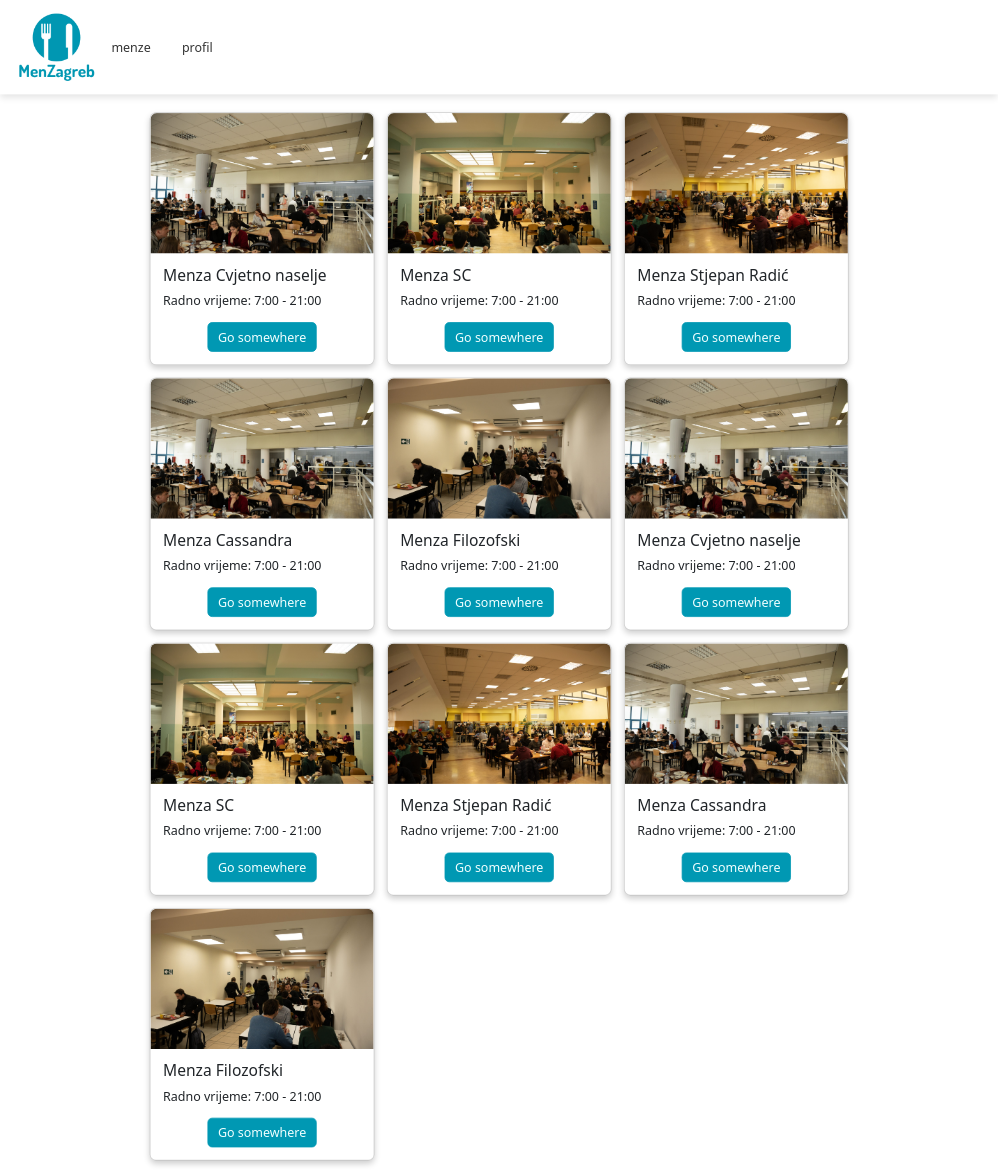
Repository: MENZG/menZg
Page: /menze (app in IzvorniKod/)
The author's editor kept a copy of each file at every save. The page is drawn from the files as they stood at one save, then again after the next save.
The browser window is 1280 px wide. The pictures show the whole page, at 78% of full size.
The project was rebuilt for these pictures with package versions that can differ from the ones it lists, and the page was loaded fresh each time. Also part of the build but not shown: IzvorniKod/vite.config.ts, IzvorniKod/src/Components/LoginForm.tsx, IzvorniKod/src/Components/AdminLogin.tsx, IzvorniKod/src/Components/EmployeeLogin.tsx, IzvorniKod/src/Components/Profil.tsx, IzvorniKod/src/Components/NavBarAdmin.tsx, IzvorniKod/src/Components/AddMenza.tsx, IzvorniKod/src/Components/AddEmployee.tsx and 5 more.

Above is the page before, as saved 2024-11-07 13:41:23.

### IzvorniKod/index.html
<!DOCTYPE html>
<html lang="en">
  <head>
    <meta charset="UTF-8" />
    <meta name="viewport" content="width=device-width, initial-scale=1.0" />
    <link rel="preconnect" href="https://fonts.googleapis.com">
    <link rel="preconnect" href="https://fonts.gstatic.com" crossorigin>
    <link href="https://fonts.googleapis.com/css2?family=Poiret+One&display=swap" rel="stylesheet">
    <title>MenZG</title>
  </head>
  <body>
    <div id="root"></div>
    <script type="module" src="/src/main.tsx"></script>
  </body>
</html>

### IzvorniKod/src/App.tsx
import {
  BrowserRouter as Router,
  Routes,
  Route,
  Navigate,
} from "react-router-dom";

import LoginForm from "./Components/LoginForm.tsx";
import AdminLogin from "./Components/AdminLogin.tsx";
import "bootstrap/dist/css/bootstrap.min.css";
import EmployeeLogin from "./Components/EmployeeLogin.tsx";
import ListaMenza from "./Components/ListaMenza.tsx";
import Profil from "./Components/Profil.tsx";
import AddMenza from "./Components/AddMenza.tsx";
import AddEmployee from "./Components/AddEmployee.tsx";
import AddWorkingHours from "./Components/AddWorkingHours.tsx";
import AddMeals from "./Components/AddMeals.tsx";
import ListaMenzaAdmin from "./Components/ListaMenzaAdmin.tsx";
import ListaMenzaEmployee from "./Components/ListaMenzaEmployee.tsx";

function App() {
  return (
    <Router>
      <Routes>
        <Route path="/" element={<Navigate to="/login/student" />} />
        <Route path="/login" element={<Navigate to="/login/student" />} />
        <Route path="/login/student" element={<LoginForm />} />
        <Route path="/login/admin" element={<AdminLogin />} />
        <Route path="/login/employee" element={<EmployeeLogin />} />
        <Route path="/menze" element={<ListaMenza />} />
        <Route path="/profil" element={<Profil />} />
        <Route path="/admin/menze" element={<ListaMenzaAdmin />} />
        <Route path="/admin/dodajMenzu" element={<AddMenza />} />
        <Route path="/admin/dodajDjelatnika" element={<AddEmployee />} />
        <Route path="/djelatnik/menze" element={<ListaMenzaEmployee />} />
        <Route path="/djelatnik/dodajJelovnik" element={<AddMeals />} />
        <Route
          path="/djelatnik/dodajRadnoVrijeme"
          element={<AddWorkingHours />}
        />
      </Routes>
    </Router>
  );
}

export default App;

### IzvorniKod/src/Components/ListaMenza.tsx
import NavBar from "./NavBar";
import "/src/styles/ListaMenza.css";

const ListaMenza = () => {
  return (
    <>
      <NavBar />
      <div className="card-container">
        <div className="card" style={{ width: "18rem" }}>
          <img
            src="/src/public/cvjetno.jpg"
            className="card-img-top"
            alt="Card top image"
          />
          <div className="card-body">
            <h5 className="card-title">Menza Cvjetno naselje</h5>
            <p className="card-text">Radno vrijeme: 7:00 - 21:00</p>
            <div className="button-container">
              <a href="#" className="btn btn-primary">
                Go somewhere
              </a>
            </div>
          </div>
        </div>
        <div className="card" style={{ width: "18rem" }}>
          <img
            src="/src/public/sc.jpg"
            className="card-img-top"
            alt="Card top image"
          />
          {/*<button className="fav-btn">*</button>*/}
          <div className="card-body">
            <h5 className="card-title">Menza SC</h5>
            <p className="card-text">Radno vrijeme: 7:00 - 21:00</p>

            <div className="button-container">
              <a href="#" className="btn btn-primary">
                Go somewhere
              </a>
            </div>
          </div>
        </div>
        <div className="card" style={{ width: "18rem" }}>
          <img
            src="/src/public/radic.jpg"
            className="card-img-top"
            alt="Card top image"
          />
          <div className="card-body">
            <h5 className="card-title">Menza Stjepan Radić</h5>
            <p className="card-text">Radno vrijeme: 7:00 - 21:00</p>

            <div className="button-container">
              <a href="#" className="btn btn-primary">
                Go somewhere
              </a>
            </div>
          </div>
        </div>
        <div className="card" style={{ width: "18rem" }}>
          <img
            src="/src/public/cvjetno.jpg"
            className="card-img-top"
            alt="Card top image"
          />
          <div className="card-body">
            <h5 className="card-title">Menza Cassandra</h5>
            <p className="card-text">Radno vrijeme: 7:00 - 21:00</p>

            <div className="button-container">
              <a href="#" className="btn btn-primary">
                Go somewhere
              </a>
            </div>
          </div>
        </div>
        <div className="card" style={{ width: "18rem" }}>
          <img
            src="/src/public/filozofski.jpg"
            className="card-img-top"
            alt="Card top image"
          />
          <div className="card-body">
            <h5 className="card-title">Menza Filozofski</h5>
            <p className="card-text">Radno vrijeme: 7:00 - 21:00</p>

            <div className="button-container">
              <a href="#" className="btn btn-primary">
                Go somewhere
              </a>
            </div>
          </div>
        </div>
        <div className="card" style={{ width: "18rem" }}>
          <img
            src="/src/public/cvjetno.jpg"
            className="card-img-top"
            alt="Card top image"
          />
          <div className="card-body">
            <h5 className="card-title">Menza Cvjetno naselje</h5>
            <p className="card-text">Radno vrijeme: 7:00 - 21:00</p>
            <div className="button-container">
              <a href="#" className="btn btn-primary">
                Go somewhere
              </a>
            </div>
          </div>
        </div>
        <div className="card" style={{ width: "18rem" }}>
          <img
            src="/src/public/sc.jpg"
            className="card-img-top"
            alt="Card top image"
          />
          {/*<button className="fav-btn">*</button>*/}
          <div className="card-body">
            <h5 className="card-title">Menza SC</h5>
            <p className="card-text">Radno vrijeme: 7:00 - 21:00</p>

            <div className="button-container">
              <a href="#" className="btn btn-primary">
                Go somewhere
              </a>
            </div>
          </div>
        </div>
        <div className="card" style={{ width: "18rem" }}>
          <img
            src="/src/public/radic.jpg"
            className="card-img-top"
            alt="Card top image"
          />
          <div className="card-body">
            <h5 className="card-title">Menza Stjepan Radić</h5>
            <p className="card-text">Radno vrijeme: 7:00 - 21:00</p>

            <div className="button-container">
              <a href="#" className="btn btn-primary">
                Go somewhere
              </a>
            </div>
          </div>
        </div>
        <div className="card" style={{ width: "18rem" }}>
          <img
            src="/src/public/cvjetno.jpg"
            className="card-img-top"
            alt="Card top image"
          />
          <div className="card-body">
            <h5 className="card-title">Menza Cassandra</h5>
            <p className="card-text">Radno vrijeme: 7:00 - 21:00</p>

            <div className="button-container">
              <a href="#" className="btn btn-primary">
                Go somewhere
              </a>
            </div>
          </div>
        </div>
        <div className="card" style={{ width: "18rem" }}>
          <img
            src="/src/public/filozofski.jpg"
            className="card-img-top"
            alt="Card top image"
          />
          <div className="card-body">
            <h5 className="card-title">Menza Filozofski</h5>
            <p className="card-text">Radno vrijeme: 7:00 - 21:00</p>

            <div className="button-container">
              <a href="#" className="btn btn-primary">
                Go somewhere
              </a>
            </div>
          </div>
        </div>
      </div>
    </>
  );
};

export default ListaMenza;

### IzvorniKod/src/Components/NavBar.tsx
import "/src/styles/NavBar.css";
import { useNavigate } from "react-router-dom";
import { Button } from "react-bootstrap";

const NavBar = () => {
  const navigate = useNavigate();

  const handleOnClickMenze = () => {
    navigate("/menze");
  };

  const handleOnClickProfil = () => {
    navigate("/profil");
  };
  return (
    <nav className="navbar navbar-expand-lg bg-body-tertiary navbar-bg">
      <div className="container-fluid">
        <img
          src="/src/public/MenZagreb.png"
          alt="logo slika"
          className="logo-img"
        ></img>
        <div className="nav-btn-container">
          <ul className="navbar-nav me-auto mb-2 mb-lg-0">
            <li className="nav-item">
              <Button className="nav-btn" onClick={handleOnClickMenze}>
                menze
              </Button>
            </li>
            <li className="nav-item">
              <Button className="nav-btn" onClick={handleOnClickProfil}>
                profil
              </Button>
            </li>
          </ul>
        </div>
      </div>
    </nav>
  );
};

export default NavBar;

### IzvorniKod/src/styles/ListaMenza.css
/*.card-container {
    display: grid;
    grid-template-columns: repeat(auto-fill, minmax(18rem, 1fr));
    gap: 1rem;
    padding: 1rem;
    justify-items: center;
    align-items: start;
    padding-top: 20vh;
  }*/

  .card-container {
    display: grid;
    grid-template-columns: repeat(3, 1fr); /* Maksimalno 3 stupca */
    gap: 1rem;
    padding: 1rem;
    justify-items: center;
    justify-content: center;
    align-items: start;
    padding-top: 20vh;
    max-width: 75vw; /* Održite ovu širinu za udaljenost od rubova */
    margin-left: auto; /* Centriranje pomoću automatskih margina */
    margin-right: auto;
  }

  /* Smanji na 2 stupca za srednje ekrane */
  @media (max-width: 768px) {
    .card-container {
      grid-template-columns: repeat(2, 1fr);
    }
  }

  /* Smanji na 1 stupac za male ekrane (mobitele) */
  @media (max-width: 480px) {
    .card-container {
      grid-template-columns: 1fr;
    }
  }

  .card {
    box-shadow: 0px 4px 8px rgba(0, 0, 0, 0.2);
    border-radius: 8px;
    transition: transform 0.3s ease;
  }

  .card:hover {
    transform: scale(1.05);
  }

  .card img {
    border-top-left-radius: 8px;
    border-top-right-radius: 8px;
    object-fit: cover;
    height: 25vh;
  }

  .btn-primary{
    background-color: #0098b3;
    color: azure;
    border-color: #0098b3;
  }

  .btn-primary:hover{
    background-color: #00758a;
    border-color: #00758a;
  }

  .button-container {
    text-align: center;
  }

### IzvorniKod/src/styles/AddMenza.css
.dodaj-menzu-container{
    display: flex;
    flex-direction: column;
    align-items: center; /* Centers the children horizontally */
    justify-content: center; /* Centers the children vertically, if needed */
    text-align: center;
    padding-top: 15vh;
}

.h2{
    color: rgb(81, 81, 81);
    margin-bottom: 40px;
}
.h4{
    color: rgb(81, 81, 81);
}

body {
    display: flex;
    justify-content: center; /* Centers horizontally */
    align-items: center; /* Centers vertically */
    min-height: 100vh; /* Ensures the body takes the full height of the viewport */
    margin: 0; /* Removes default margin */
  }

.select-container{
    display: flex;
    flex-direction: row;
    margin: 20px;
}

### IzvorniKod/src/styles/AddEmployee.css
.dodaj-djelatnika-container{
    display: flex;
    flex-direction: column;
    align-items: center; /* Centers the children horizontally */
    justify-content: center; /* Centers the children vertically, if needed */
    text-align: center;
    padding-top: 15vh;
}

.h2{
    color: rgb(81, 81, 81);
    margin-bottom: 40px;
}

body {
    display: flex;
    justify-content: center; /* Centers horizontally */
    align-items: center; /* Centers vertically */
    min-height: 100vh; /* Ensures the body takes the full height of the viewport */
    margin: 0; /* Removes default margin */
  }

### IzvorniKod/src/styles/NavBar.css
.logo-img {
    height: 14vh;
    margin: 0;
}

.nav-item .nav-btn {
    background: none; /* Ukloni pozadinu */
    border: none; /* Ukloni okvir */
    color: #333; /* Postavi osnovnu boju teksta */
    font-weight: normal; /* Postavi običan tekst bez boldovanja */
    cursor: pointer; /* Prikaz kursora kao pointer */
    padding: 0; /* Ukloni padding */
    text-decoration: none; /* Ukloni podvlačenje teksta */
    margin: 0 20px; /* Dodaj horizontalni razmak između dugmadi */
}

.nav-item .nav-btn:hover {
    color: #0098b3; /* Promeni boju teksta na hover */
    background: none;
}

.nav-btn-container {
    display: flex;
    justify-content: center;
    flex-direction: row;
    gap: 20px; /* Razmak između dugmadi */
    width: 100%; /* Proširi na celu širinu navigacije */
    align-items: center; /* Vertikalno centriraj dugmad */
}
.navbar-bg {
    background-color: white !important; /* Prisiljava belu pozadinu */
}
.navbar {
    position: fixed;
    top: 0;
    left: 0;
    width: 100%;
    z-index: 1000; /* Ensures the navbar stays on top of other elements */
    background-color: white; /* Ensures the navbar background stays visible */
    box-shadow: 0 4px 8px rgba(0, 0, 0, 0.1); /* Adds shadow */
    padding: 10px 10px;
}
.container-fluid{
    margin: 0;
}

Loaded but not shown: IzvorniKod/src/main.tsx (common file)

After the next save:
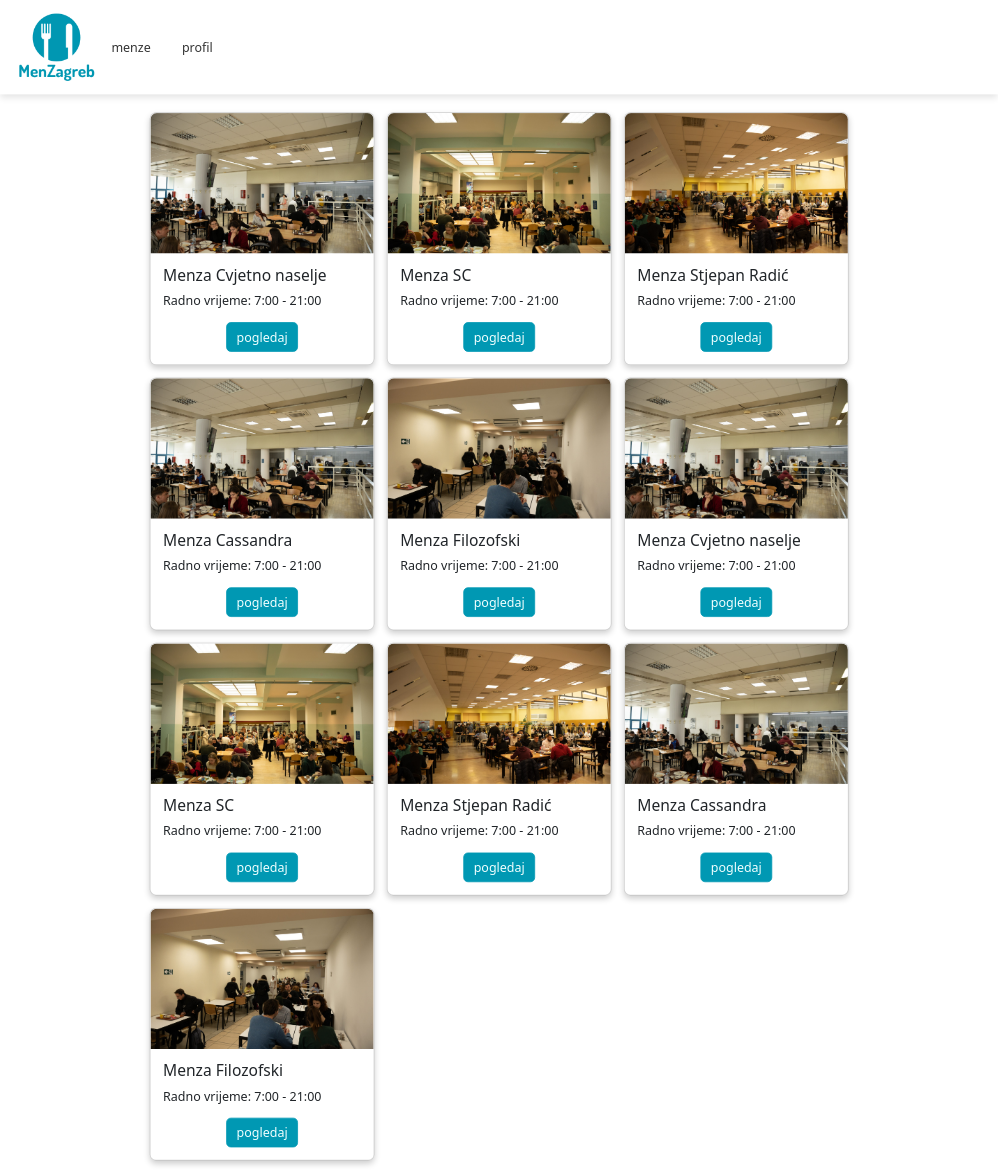
Saved 100 s later.
--- a/IzvorniKod/src/Components/ListaMenza.tsx
+++ b/IzvorniKod/src/Components/ListaMenza.tsx
@@ -17,7 +17,7 @@ const ListaMenza = () => {
             <p className="card-text">Radno vrijeme: 7:00 - 21:00</p>
             <div className="button-container">
               <a href="#" className="btn btn-primary">
-                Go somewhere
+                pogledaj
               </a>
             </div>
           </div>
@@ -35,7 +35,7 @@ const ListaMenza = () => {
 
             <div className="button-container">
               <a href="#" className="btn btn-primary">
-                Go somewhere
+                pogledaj
               </a>
             </div>
           </div>
@@ -52,7 +52,7 @@ const ListaMenza = () => {
 
             <div className="button-container">
               <a href="#" className="btn btn-primary">
-                Go somewhere
+                pogledaj
               </a>
             </div>
           </div>
@@ -69,7 +69,7 @@ const ListaMenza = () => {
 
             <div className="button-container">
               <a href="#" className="btn btn-primary">
-                Go somewhere
+                pogledaj
               </a>
             </div>
           </div>
@@ -86,7 +86,7 @@ const ListaMenza = () => {
 
             <div className="button-container">
               <a href="#" className="btn btn-primary">
-                Go somewhere
+                pogledaj
               </a>
             </div>
           </div>
@@ -102,7 +102,7 @@ const ListaMenza = () => {
             <p className="card-text">Radno vrijeme: 7:00 - 21:00</p>
             <div className="button-container">
               <a href="#" className="btn btn-primary">
-                Go somewhere
+                pogledaj
               </a>
             </div>
           </div>
@@ -120,7 +120,7 @@ const ListaMenza = () => {
 
             <div className="button-container">
               <a href="#" className="btn btn-primary">
-                Go somewhere
+                pogledaj
               </a>
             </div>
           </div>
@@ -137,7 +137,7 @@ const ListaMenza = () => {
 
             <div className="button-container">
               <a href="#" className="btn btn-primary">
-                Go somewhere
+                pogledaj
               </a>
             </div>
           </div>
@@ -154,7 +154,7 @@ const ListaMenza = () => {
 
             <div className="button-container">
               <a href="#" className="btn btn-primary">
-                Go somewhere
+                pogledaj
               </a>
             </div>
           </div>
@@ -171,7 +171,7 @@ const ListaMenza = () => {
 
             <div className="button-container">
               <a href="#" className="btn btn-primary">
-                Go somewhere
+                pogledaj
               </a>
             </div>
           </div>
